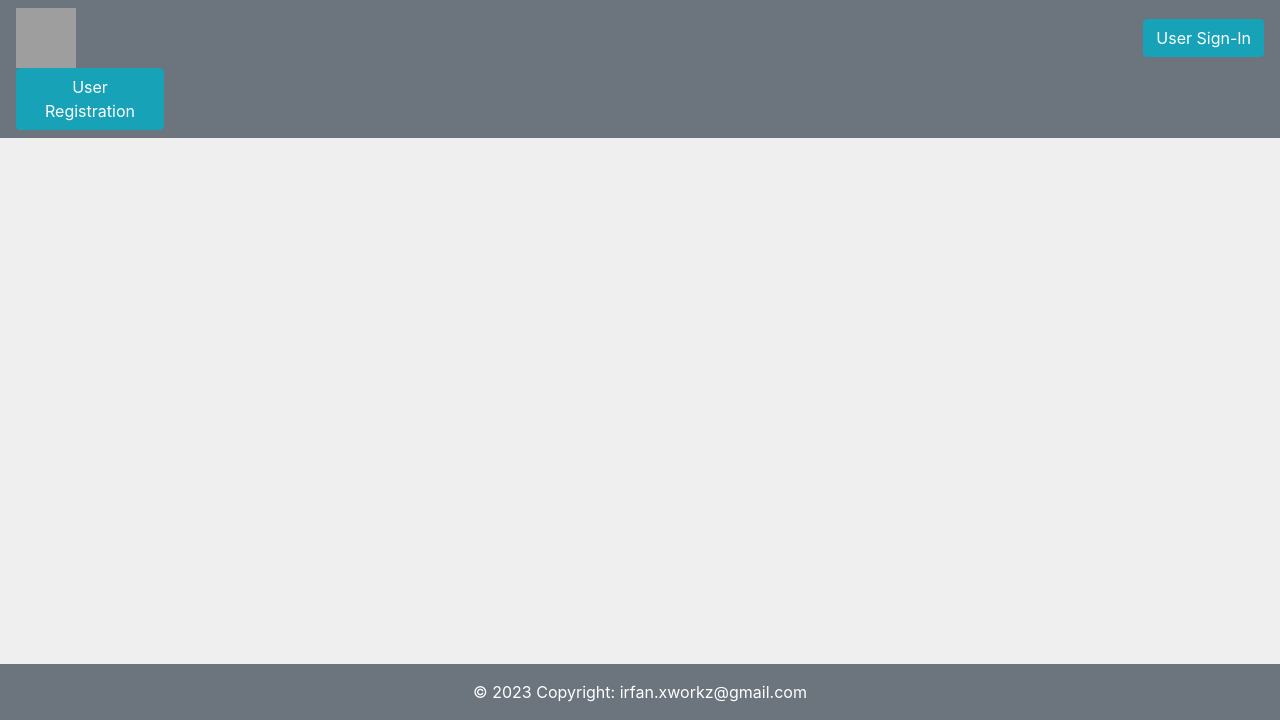
Repository: irfanxworkz/Project
Page: http://localhost/parking/User.jsp
The author's editor kept a copy of each file at every save. The page is drawn from the files as they stood at one save, then again after the next save.
The browser window is 1280 px wide. The pictures show the whole page.
Pictures or frames that could not be fetched are drawn as grey boxes. The page is served by Tomcat 9.

Above is the page before, as saved 2023-07-09 23:11:44.

After the next save:
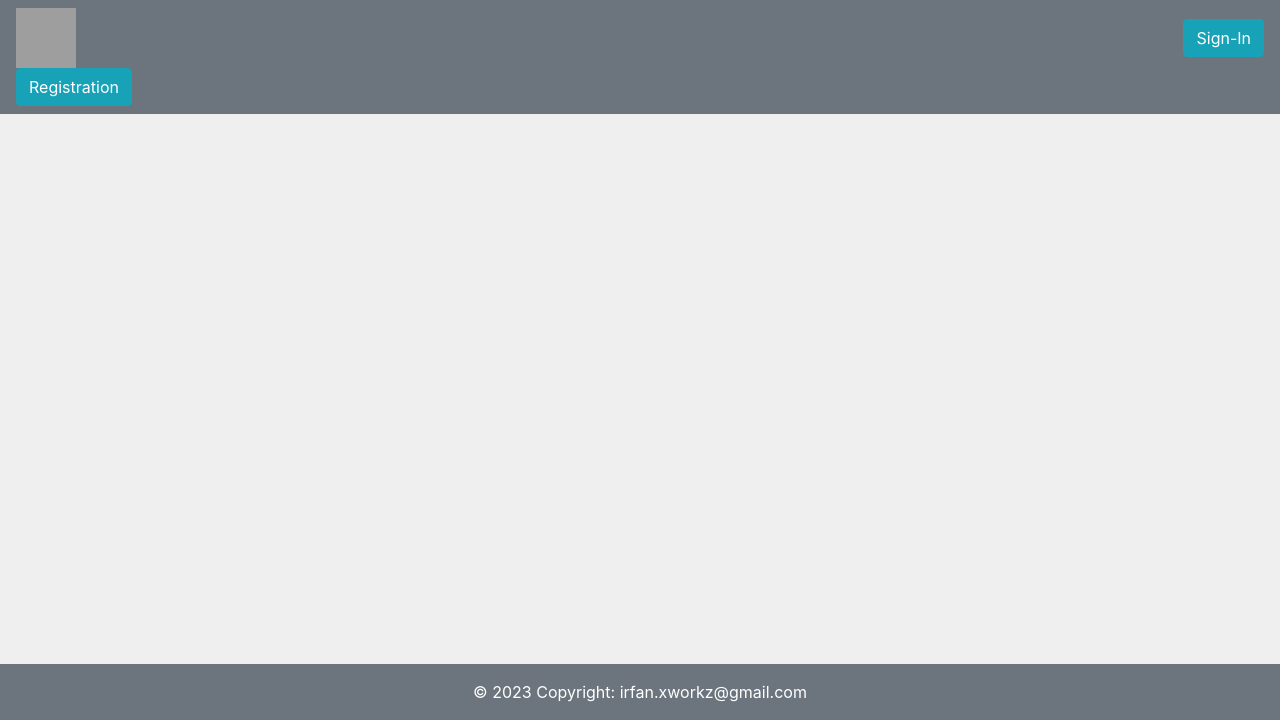
Saved 2 min 48 s later.
--- a/parking/src/main/webapp/User.jsp
+++ b/parking/src/main/webapp/User.jsp
@@ -13,8 +13,8 @@
 	<div class="fixed-header">
 		<nav class="navbar navbar-dark bg-secondary justify-content-between">
 			<img src="https://w7.pngwing.com/pngs/974/17/png-transparent-car-park-parking-computer-icons-parking-text-rectangle-logo-thumbnail.png" alt="" width="60" height="60">
-		    <a href="Admin.jsp" class="btn btn-info" type="button">User Sign-In</a>
-			<a href="UserInfo.jsp" class="btn btn-info" type="button" style="margin-right: 1100px;">User Registration</a>
+		    <a href="Admin.jsp" class="btn btn-info" type="button">Sign-In</a>
+			<a href="UserInfo.jsp" class="btn btn-info" type="button" style="margin-right: 1100px;">Registration</a>
 		</nav>
 	</div>
 </header>
